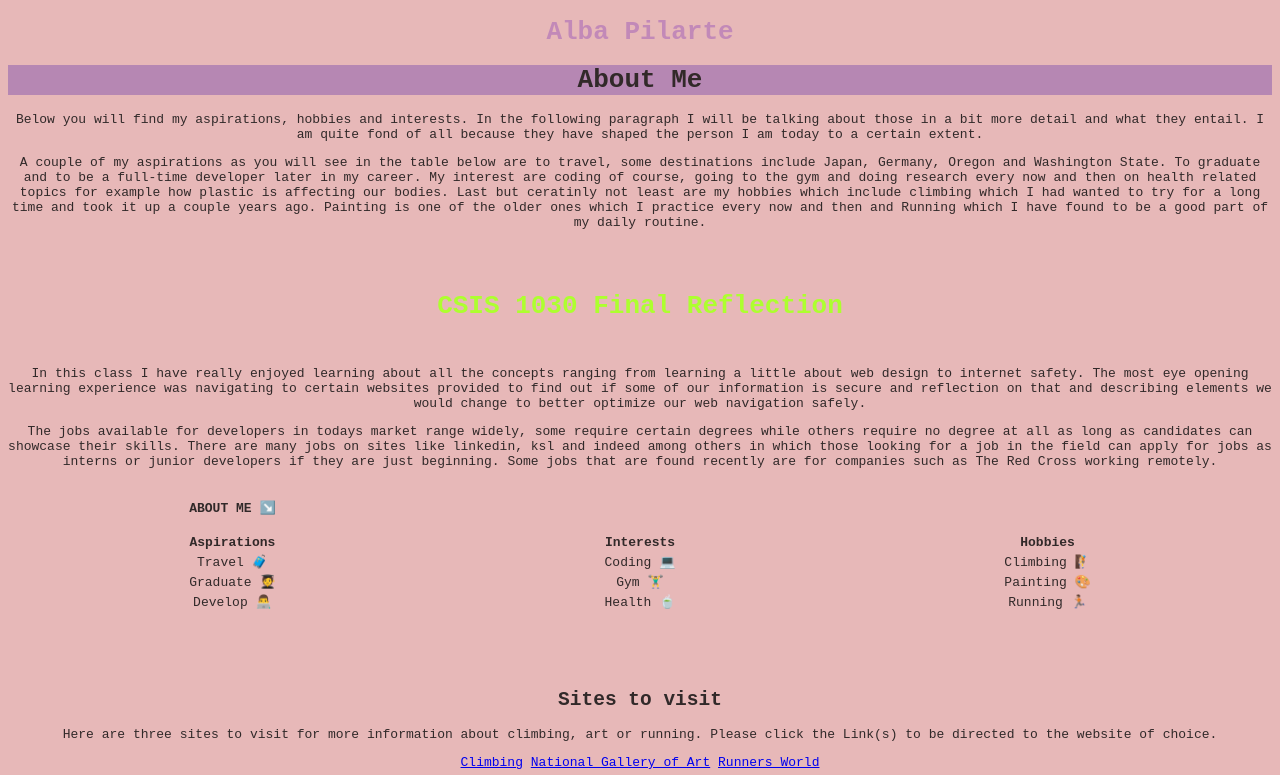
Repository: pilar122/e-portfolio
Page: index.html
The author's editor kept a copy of each file at every save. The page is drawn from the files as they stood at one save, then again after the next save.
The browser window is 1280 px wide. The pictures show the whole page.

Above is the page before, as saved 2022-04-24 13:56:07.

After the next save:
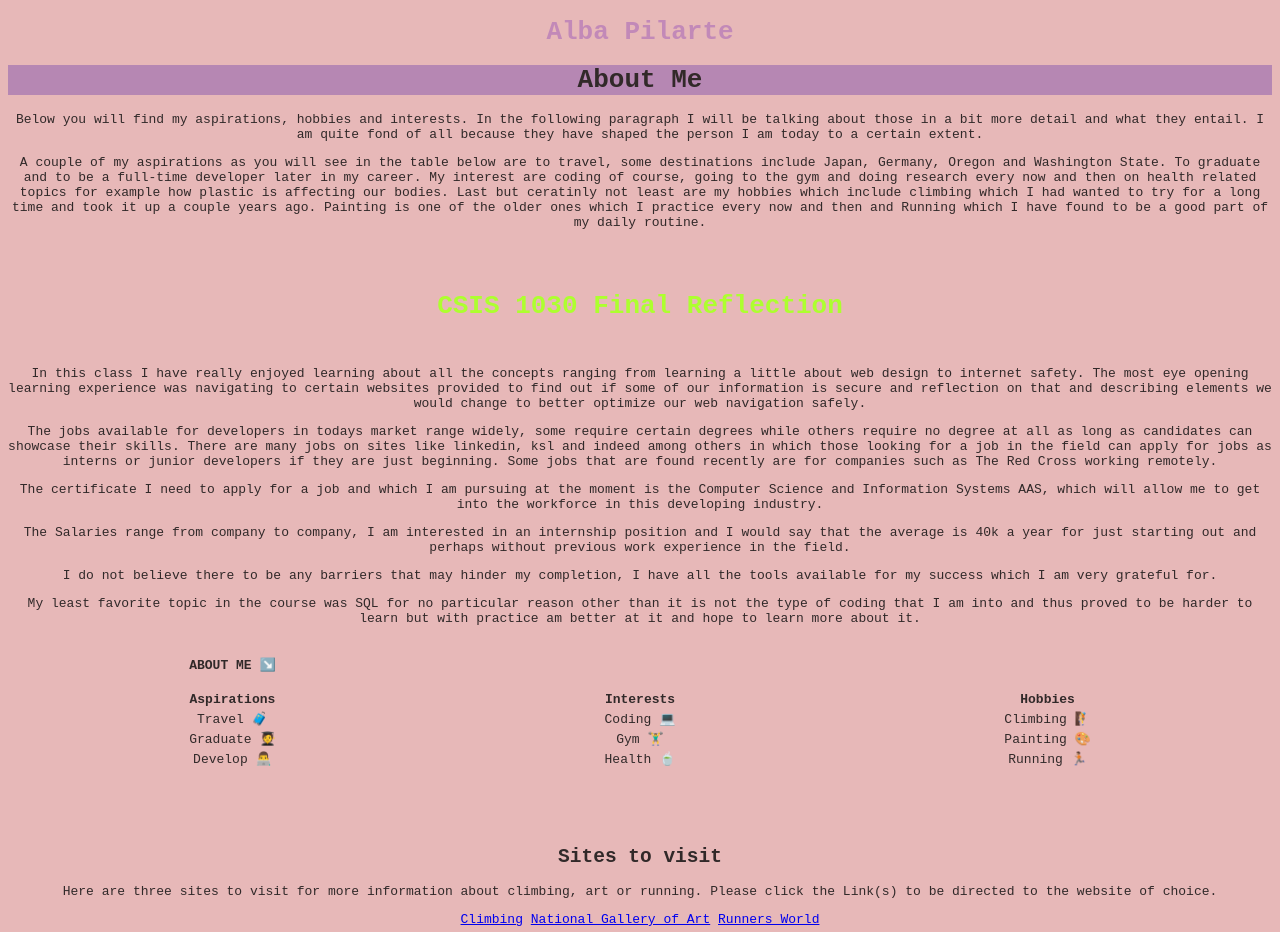
Saved 8 min 39 s later.
--- a/index.html
+++ b/index.html
@@ -28,6 +28,10 @@ body {
       <br>
       <p>In this class I have really enjoyed learning about all the concepts ranging from learning a little about web design to internet safety. The most eye opening learning experience was navigating to certain websites provided to find out if some of our information is secure and reflection on that and describing elements we would change to better optimize our web navigation safely.   </p>
       <p>The jobs available for developers in todays market range widely, some require certain degrees while others require no degree at all as long as candidates can showcase their skills. There are many jobs on sites like linkedin, ksl and indeed among others in which those looking for a job in the field can apply for jobs as interns or junior developers if they are just beginning. Some jobs that are found recently are for companies such as The Red Cross working remotely.</p>
+      <p>The certificate I need to apply for a job and which I am pursuing at the moment is the Computer Science and Information Systems AAS, which will allow me to get into the workforce in this developing industry.</p>
+      <p>The Salaries range from company to company, I am interested in an internship position and I would say that the average is 40k a year for just starting out and perhaps without previous work experience in the field.</p>
+      <p>I do not believe there to be any barriers that may hinder my completion, I have all the tools available for my success which I am very grateful for.</p>
+      <p>My least favorite topic in the course was SQL for no particular reason other than it is not the type of coding that I am into and thus proved to be harder to learn but with practice am better at it and hope to learn more about it.</p>
     </Header>
 
 
